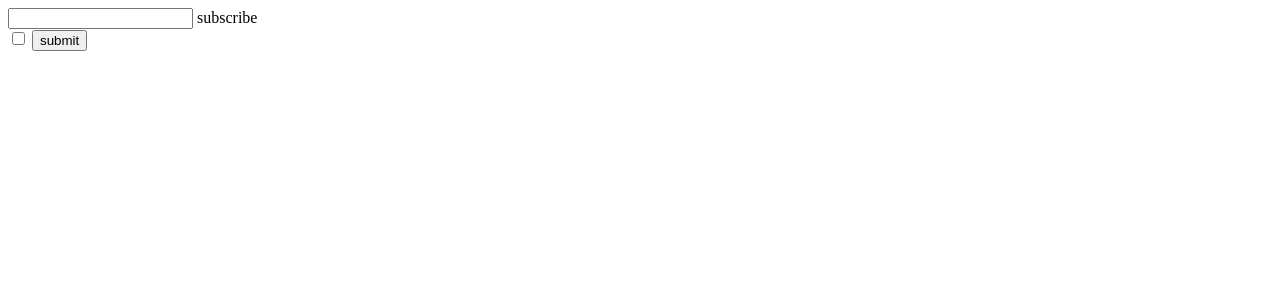
Repository: albinsabu2023/Stopwatch-program
Page: index.html
An editor plug-in stored every save of this project. The page is shown before and after the next save, followed by the edit.
The browser window is 1280 px wide. The pictures show the whole page.

Above is the page before, as saved 2023-03-02 21:47:38.

After the next save:
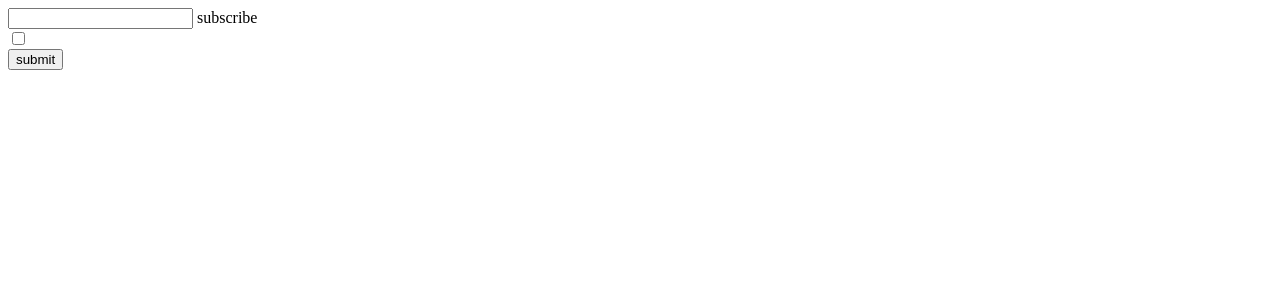
Saved 4 s later.
--- a/index.html
+++ b/index.html
@@ -9,7 +9,7 @@
 </head>
 <input>
     <label for="check">subscribe</label><br>
-    <input type="checkbox" id="check" ></input>
+    <input type="checkbox" id="check" ></input><br>
     <button id="button"> submit</button>
     <script src="index.js"></script>
 </body>
